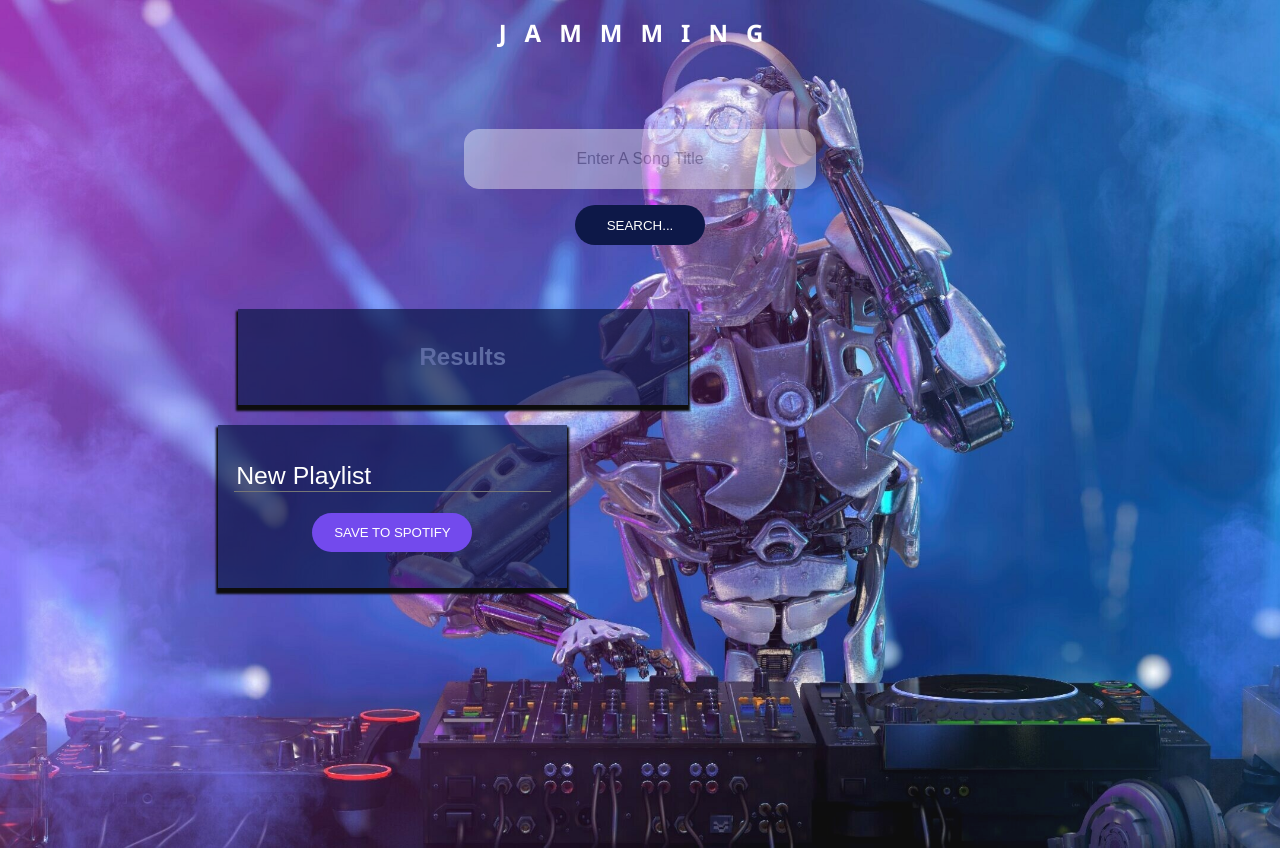
Repository: LolaSL/jamming
Page: /
The author's editor kept a copy of each file at every save. The page is drawn from the files as they stood at one save, then again after the next save.
The browser window is 1280 px wide. The pictures show the whole page.
The project was rebuilt for these pictures with package versions that can differ from the ones it lists, and the page was loaded fresh each time. Also part of the build but not shown: src/components/Track/Track.css, src/components/Track/Track.jsx.

Above is the page before, as saved 2023-06-22 18:42:47.

After the next save:
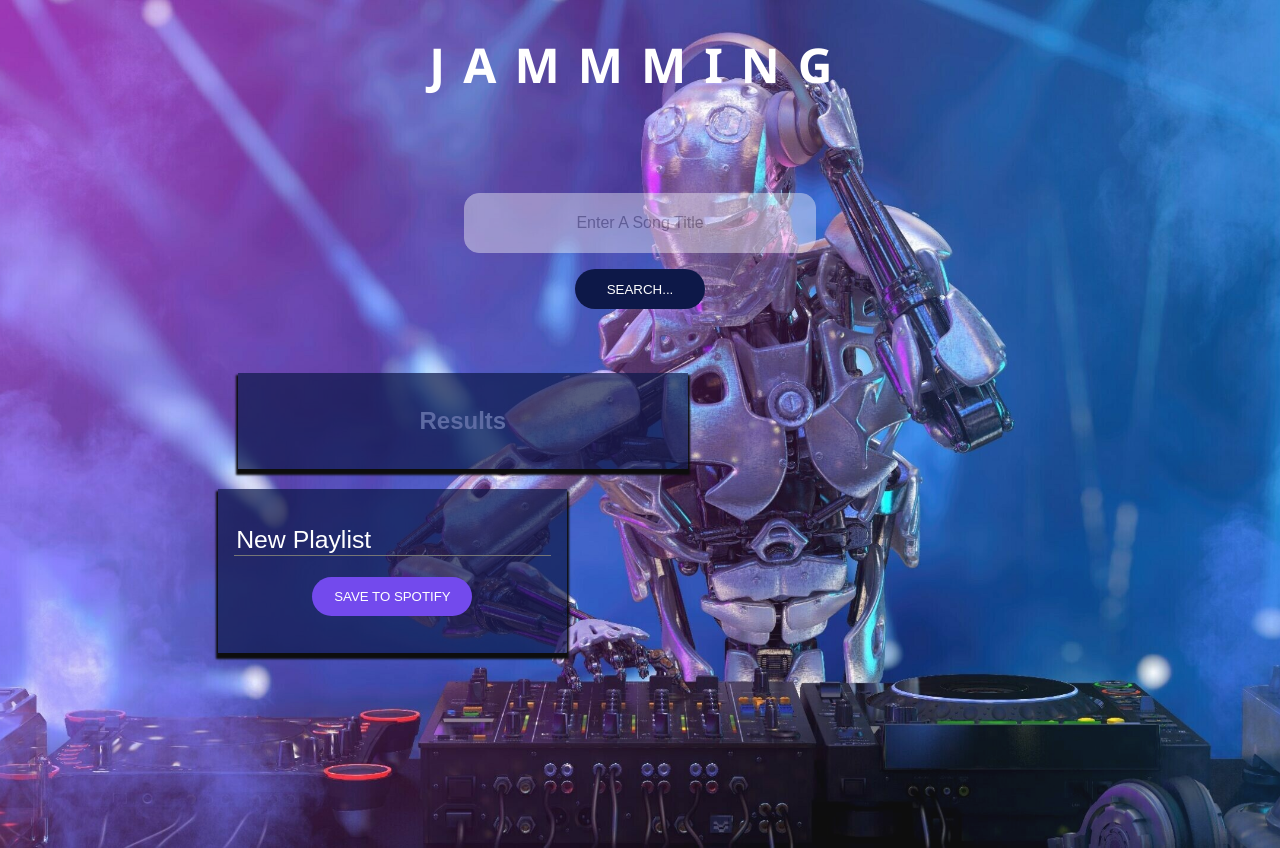
Saved 5 s later.
--- a/src/App/App.css
+++ b/src/App/App.css
@@ -24,5 +24,5 @@ h1{
   text-transform: uppercase;
   letter-spacing: 18px;
   color: #ffffff;
-  font-size: 1.5rem;
+  font-size: 3rem;
 }
